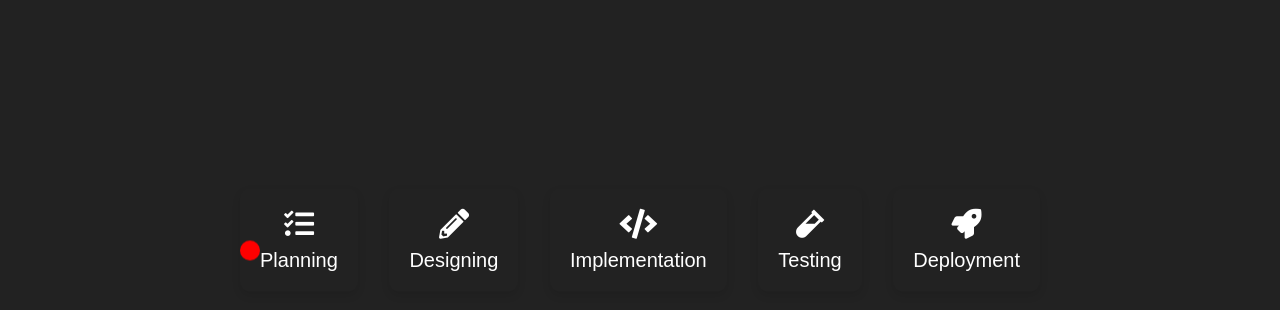
Repository: itsquadian/IT-SQUADIAN
Page: try.html
These files come from the project's save history. The page is drawn as it stood at one moment and after a run of saves; the edit follows.
The browser window is 1280 px wide. The pictures show the whole page.

Above is the page before, as saved 2024-04-13 20:11:05.

### try.html
<!DOCTYPE html>
<html lang="en">
<head>
<meta charset="UTF-8">
<meta name="viewport" content="width=device-width, initial-scale=1.0">
<title>Road Animation</title>
<link rel="stylesheet" href="https://cdnjs.cloudflare.com/ajax/libs/font-awesome/5.15.4/css/all.min.css">
<style>
    body {
        margin: 0;
        padding: 0;
        overflow: hidden;
        background-color: #222;
        color: #fff;
        font-family: Arial, sans-serif;
    }

    .road-container {
        position: relative;
        width: 100%;
        height: 400px;
        overflow: hidden;
        display: flex;
        align-items: center;
        justify-content: center;
    }

    .road-svg {
        width: 100%;
        height: auto;
    }

    .road-path {
        /* stroke: #fff; */
        stroke-width: 10;
    }

    .steps {
        position: absolute;
        top: 60%;
        transform: translateY(-50%);
        display: flex;
        justify-content: space-between;
        align-items: center;
        width: 80%;
        max-width: 800px;
        font-size: 20px;
    }

    .step {
        text-align: center;
        opacity: 0;
        animation: appear 5s linear forwards;
        padding: 20px;
        border-radius: 10px;
        box-shadow: 0 4px 8px rgba(0, 0, 0, 0.1);
        position: relative;
    }

    .step i {
        font-size: 30px;
        margin-bottom: 10px;
    }

    .ball {
        position: absolute;
        top: 50%;
        left: 0;
        width: 20px;
        height: 20px;
        background-color: #f00;
        border-radius: 50%;
        animation: bounce 5s linear infinite;
        animation-delay: 5s; /* Delay to start after appearing */
    }

    @keyframes bounce {
        0% { transform: translateX(0); }
        20% { transform: translateX(20%); }
        40% { transform: translateX(40%); }
        60% { transform: translateX(60%); }
        80% { transform: translateX(80%); }
        100% { transform: translateX(100%); }
    }

    @keyframes appear {
        0% { opacity: 0; }
        100% { opacity: 1; }
    }
</style>
</head>
<body>
<div class="road-container">
    <svg class="road-svg" xmlns="http://www.w3.org/2000/svg" viewBox="0 0 800 100">
        <!-- Define your road path here -->
        <path class="road-path" d="M0 50 H800" />
    </svg>
    <div class="steps">
        <div class="step">
            <i class="fas fa-tasks"></i>
            <br>Planning
        </div>
        <div class="step">
            <i class="fas fa-pencil-alt"></i>
            <br>Designing
        </div>
        <div class="step">
            <i class="fas fa-code"></i>
            <br>Implementation
        </div>
        <div class="step">
            <i class="fas fa-vial"></i>
            <br>Testing
        </div>
        <div class="step">
            <i class="fas fa-rocket"></i>
            <br>Deployment
        </div>
        <div class="ball"></div>
    </div>
</div>

</body>
</html>

After the next 2 saves:
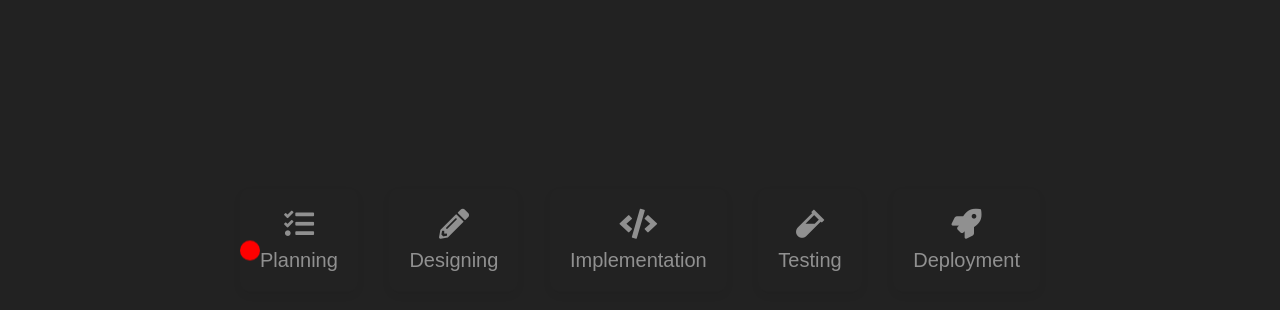
The 2 saves are shown as one change because they came seconds apart.
The last was saved 16 s later.
--- a/try.html
+++ b/try.html
@@ -50,7 +50,7 @@
     .step {
         text-align: center;
         opacity: 0;
-        animation: appear 5s linear forwards;
+        animation: appear 10s linear forwards;
         padding: 20px;
         border-radius: 10px;
         box-shadow: 0 4px 8px rgba(0, 0, 0, 0.1);

After the save that followed:
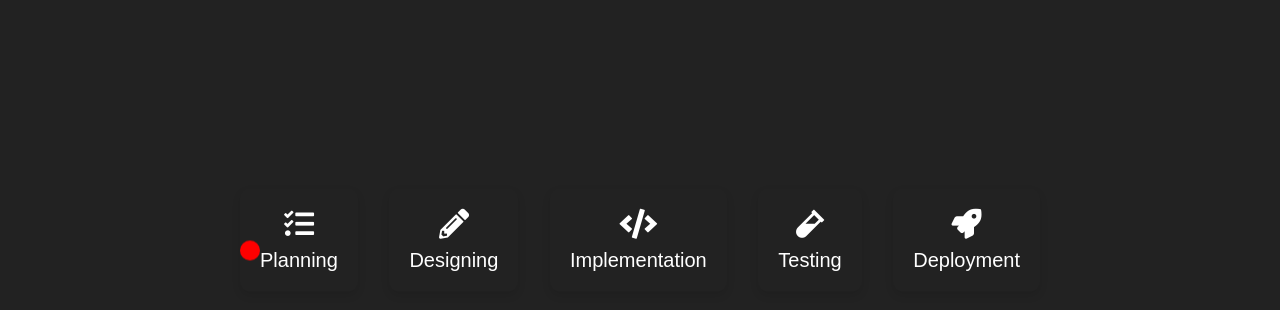
Saved 5 s later.
--- a/try.html
+++ b/try.html
@@ -50,7 +50,7 @@
     .step {
         text-align: center;
         opacity: 0;
-        animation: appear 10s linear forwards;
+        animation: appear 1s linear forwards;
         padding: 20px;
         border-radius: 10px;
         box-shadow: 0 4px 8px rgba(0, 0, 0, 0.1);
